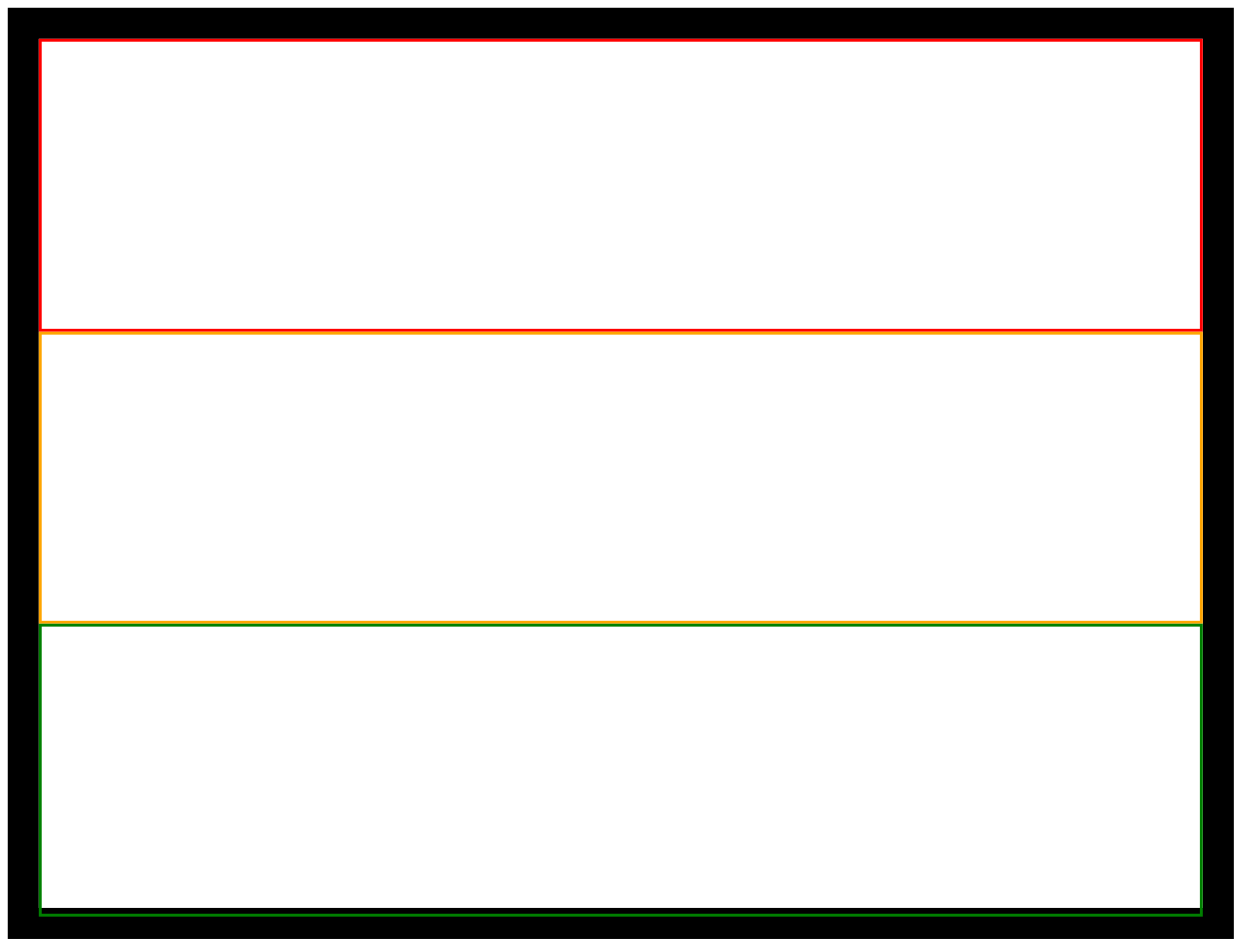
Repository: Tsardines/mondrian
Page: index.html
An editor plug-in stored every save of this project. The page is shown before and after the next save, followed by the edit.
The browser window is 1280 px wide. The pictures show the whole page, at 97% of full size.
Some web fonts or font styles are not loaded; a fallback is used.

Above is the page before, as saved 2019-10-20 16:03:17.

### index.html
<!DOCTYPE html>
<html>
  <head>
    <meta charset="UTF-8">
  <meta http-equiv="X-UA-Compatible" content="IE=edge,chrome=1">
  <meta name="viewport" content="width=device-width,initial-scale=1">
    <title>title</title>
  <meta name="author" content="name">
  <meta name="description" content="description here">
  <meta name="keywords" content="keywords,here">
  <link rel="stylesheet" href="//fonts.googleapis.com/css?family=font1|font2|etc" type="text/css">
  <link rel="stylesheet" href="styles.css" type="text/css">
  </head>
  <body>

    <div id="canvas">
        <div class="grid__top">



        </div>
        <div class="grid__middle">



        </div>
        <div class="grid__bottom">



        </div>
    </div>

  </body>
</html>

### styles.css
#canvas {
    border: 2rem solid black;
    /* display: block; */
    height: 56rem;
}

.grid__top {
    border: 3px solid red;
    height: 33%;
}

.grid__middle {
    border: 3px solid orange;
    height: 33%;
}

.grid__bottom {
    border: 3px solid green;
    height: 33%;
}

After the next save:
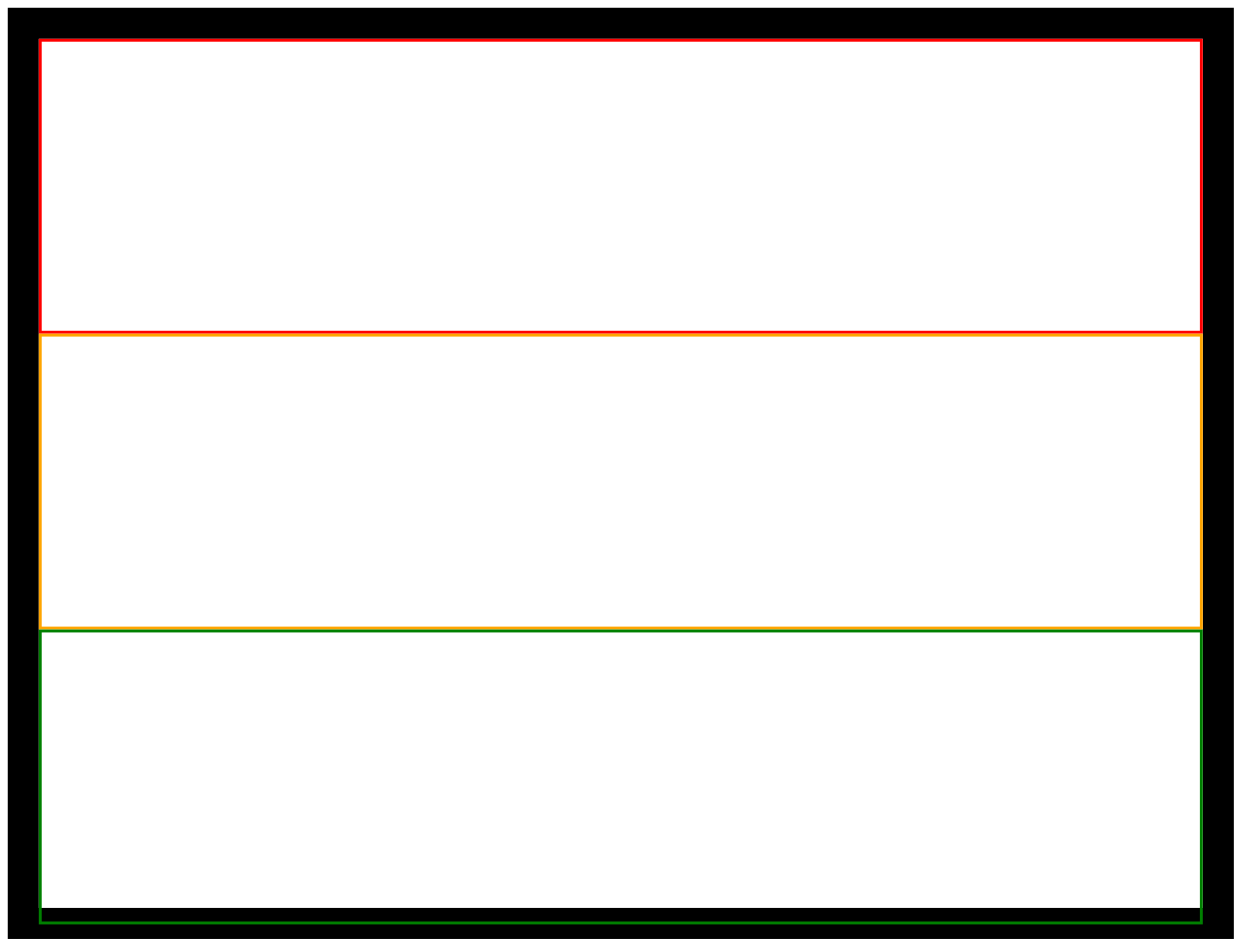
Saved 16 s later.
--- a/styles.css
+++ b/styles.css
@@ -6,15 +6,15 @@
 
 .grid__top {
     border: 3px solid red;
-    height: 33%;
+    height: 33.3%;
 }
 
 .grid__middle {
     border: 3px solid orange;
-    height: 33%;
+    height: 33.3%;
 }
 
 .grid__bottom {
     border: 3px solid green;
-    height: 33%;
+    height: 33.3%;
 }
